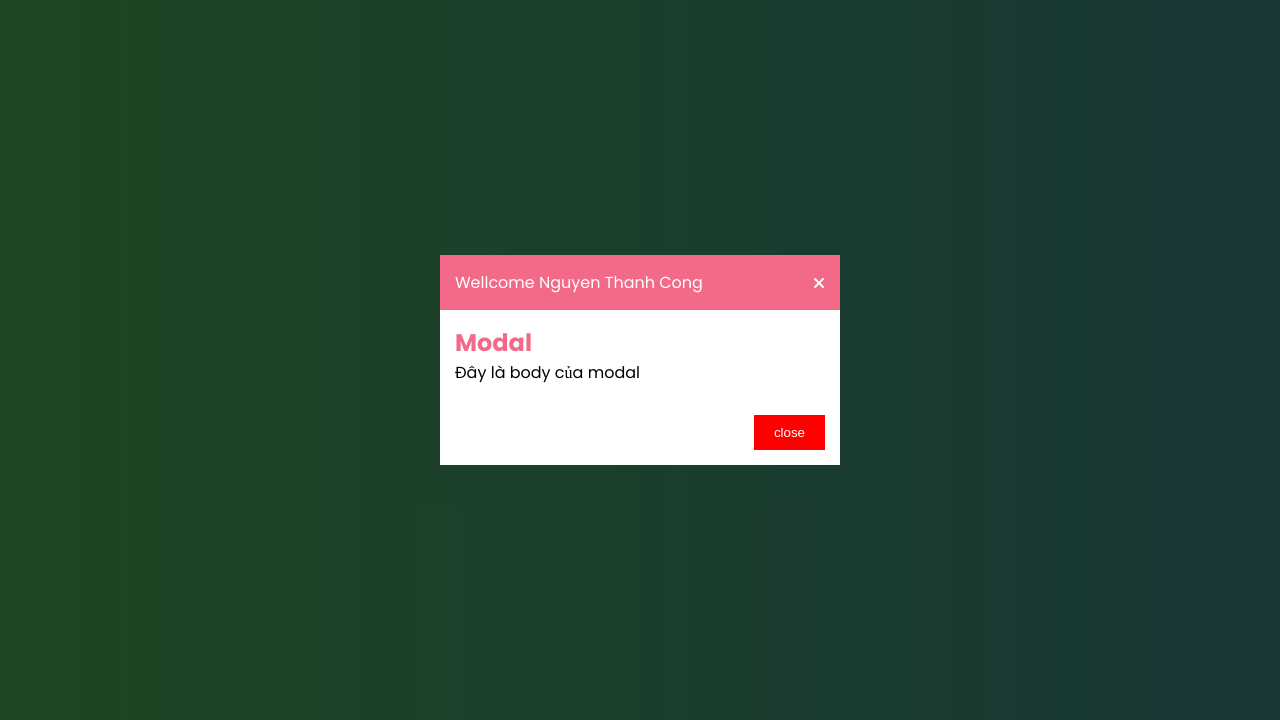
Repository: congnt98/Lean-javascript-in-project
Page: 30Days/3_Modal/index.html
These files come from the project's save history. The page is drawn as it stood at one moment and after a run of saves; the edit follows.
The browser window is 1280 px wide. The pictures show the whole page.

Above is the page before, as saved 2024-02-18 20:23:02.

### 30Days/3_Modal/index.html
<!DOCTYPE html>
<html lang="en">

<head>
    <meta charset="UTF-8">
    <meta name="viewport" content="width=device-width, initial-scale=1.0">
    <title>Product Card</title>
    <link rel="stylesheet" href="./style.css">
    <link href='https://unpkg.com/boxicons@2.1.4/css/boxicons.min.css' rel='stylesheet'>
    <link
        href="https://fonts.googleapis.com/css2?family=Poppins:ital,wght@0,100;0,200;0,300;0,400;0,500;0,600;0,700;0,800;0,900;1,100;1,200;1,300;1,400;1,500;1,600;1,700;1,800;1,900&display=swap"
        rel="stylesheet">
    <link rel="stylesheet" href="https://cdnjs.cloudflare.com/ajax/libs/font-awesome/6.5.1/css/all.min.css">
</head>

<body>
    <div class="warapper">
        <button class="btn-modal-open">
            Open Modal
        </button>
        <div class="modal">
            <div class="modal__inner">
                <div class="modal__header">
                    <span>Wellcome Nguyen Thanh Cong</span>
                    <i class="fa-solid fa-xmark"></i>
                </div>
                <div class="modal__body">
                    <h2 class="title">Modal</h2>
                    <span>Đây là body của modal</span>
                </div>
                <div class="modal__footer">
                    <button class="btn-close">close</button>
                </div>
            </div>
        </div>
    </div>
    <script src="./app.js"></script>
</body>

</html>

### 30Days/3_Modal/style.css
:root {
    --pink-color: #f26a87;
}

* {
    margin: 0;
    padding: 0;
    box-sizing: border-box;
}

body {
    min-height: 100vh;
    background: linear-gradient(to right, #4daf54, #3d8888);
    display: flex;
    justify-content: center;
    align-items: center;
    font-family: "poppins";
}

.warapper {
    max-width: 1200px;
    margin: 0 auto;
    width: 100%;
}

.btn-modal-open {
    display: inline-block;
    position: relative;
    left: 50%;
    transform: translateX(-50%);
    padding: 10px 20px;
    border-radius: 5px;
    outline: none;
    border: none;
    font-size: 25px;
    font-weight: 700;
}

.modal {
    position: fixed;
    top: 0;
    right: 0;
    bottom: 0;
    left: 0;
    background-color: rgb(0, 0, 0, 0.6);
}

.modal__inner {
    width: 400px;
    position: relative;
    overflow: hidden;
    top: 50%;
    left: 50%;
    transform: translate(-50%, -50%);
    color: #000;
    z-index: 1111;
    background-color: #fff;
}

.modal__header {
    background-color: var(--pink-color);
    padding: 15px;
    display: flex;
    justify-content: space-between;
    align-items: center;
    color: #fff;
}

.modal__body {
    padding: 15px;
}

.modal__body h2 {
    color: var(--pink-color);
    margin-bottom: 10px 15px;
}

.modal__footer {
    padding: 15px;
    text-align: right;
}

.modal__footer button {
    border: 0;
    outline: 0;
    padding: 10px 20px;
    color: white;
    background-color: red;
}

Loaded but not shown: 30Days/3_Modal/app.js (no copy from this time; the picture is the same without it)

After the next 2 saves:
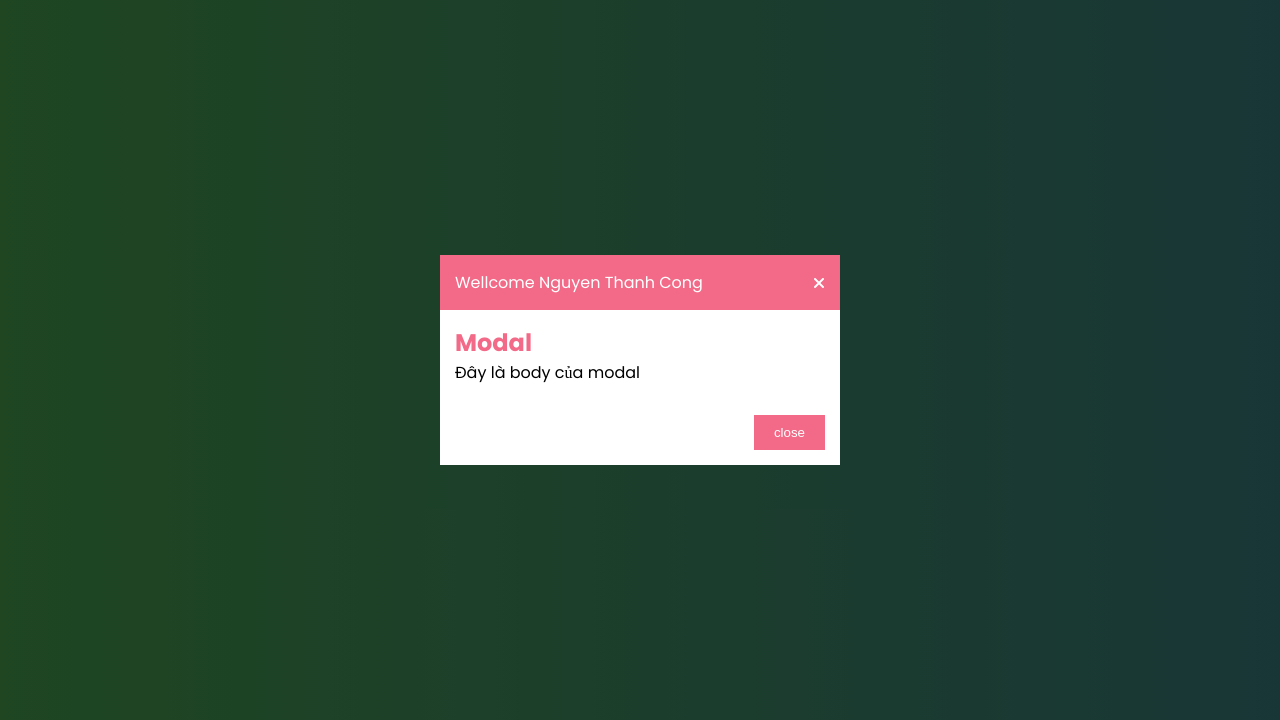
The 2 saves are shown as one change because they came seconds apart.
The last was saved 9 s later.
--- a/30Days/3_Modal/style.css
+++ b/30Days/3_Modal/style.css
@@ -85,5 +85,5 @@ body {
     outline: 0;
     padding: 10px 20px;
     color: white;
-    background-color: red;
+    background-color: var(--pink-color);
 }
